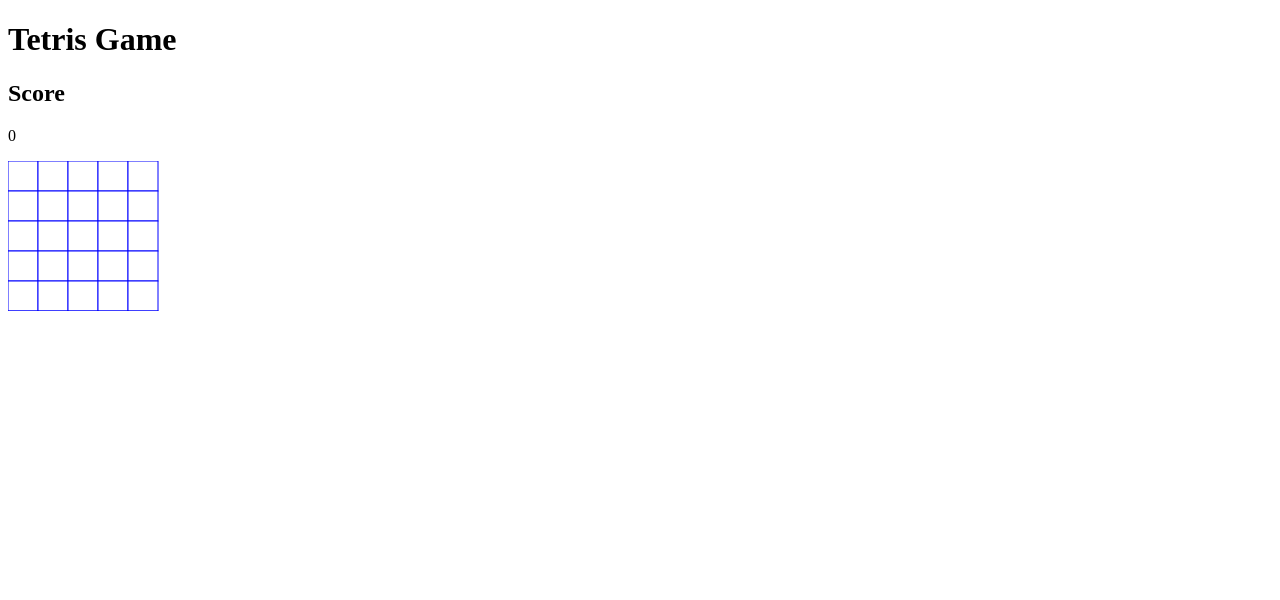
Repository: nlbien22/games
Page: Tetris/index.html
The author's editor kept a copy of each file at every save. The page is drawn from the files as they stood at one save, then again after the next save.
The browser window is 1280 px wide. The pictures show the whole page.

Above is the page before, as saved 2024-11-14 21:53:37.

### Tetris/index.html
<!DOCTYPE html>
<html lang="en">
<head>
    <meta charset="UTF-8">
    <meta name="viewport" content="width=device-width, initial-scale=1.0">
    <title>Tetris</title>
</head>
<body>
    <h1>Tetris Game</h1>
    <div class="score-box">
        <h2>Score</h2>
        <p id="score">0</p>
    </div>
    <div class="game">
        <canvas id="tetris">
        </canvas>
    </div>
    <script src="script.js"></script>
</body>
</html>

### Tetris/script.js
const canvas = document.getElementById('tetris');
const context = canvas.getContext('2d');

const ROW = 55;
const COL = 5;
const SQ = 30;
const COLOR = 'WHITE';
let board = [];

function drawSquare(x, y, color) {
    context.fillStyle = color;
    context.fillRect(x * SQ, y * SQ, SQ, SQ);
    context.strokeStyle = 'BLUE';
    context.strokeRect(x * SQ, y * SQ, SQ, SQ);
}


for (let r = 0; r < ROW; r++) {
    board[r] = [];
    for (let c = 0; c < COL; c++) {
        board[r][c] = COLOR;
    }
}

function drawBoard() {
    for (let r = 0; r < ROW; r++) {
        for (let c = 0; c < COL; c++) {
            drawSquare(c, r, board[r][c]);
            // break;
        }
    }
}

drawBoard();

After the next save:
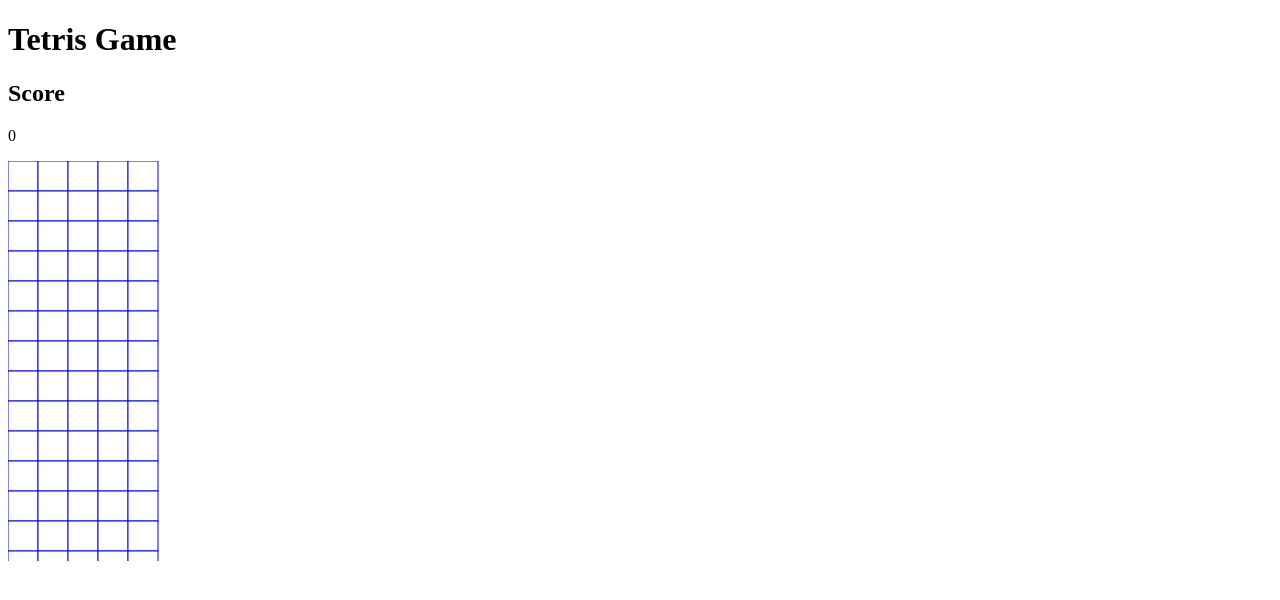
Saved 11 s later.
--- a/Tetris/index.html
+++ b/Tetris/index.html
@@ -12,7 +12,7 @@
         <p id="score">0</p>
     </div>
     <div class="game">
-        <canvas id="tetris">
+        <canvas id="tetris" width="500" height="400">
         </canvas>
     </div>
     <script src="script.js"></script>
